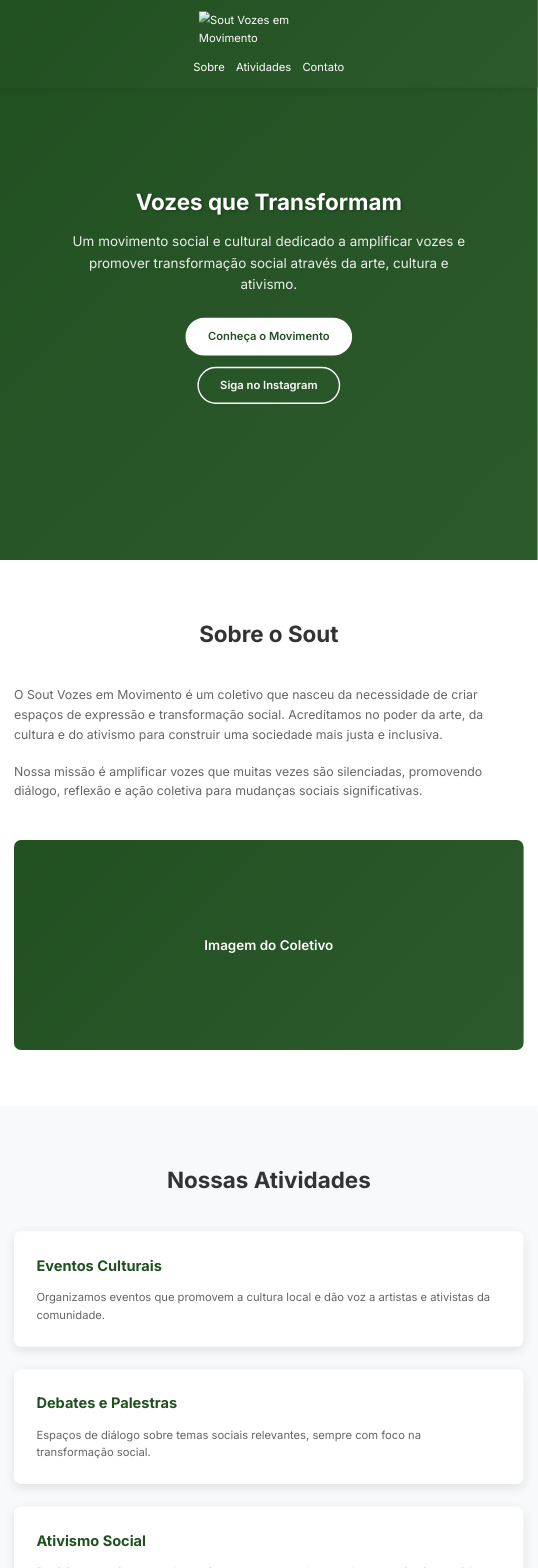
Repository: farukzahra/sout
Page: index.html
An editor plug-in stored every save of this project. The page is shown before and after the next save, followed by the edit.
The browser window is 768 px wide. The pictures show the part of the page from y = 0 to 2240 px (the page is 3346 px tall), at 70% of full size.

Above is the page before, as saved 2025-10-02 12:57:30.
Not found: logo.png

After the next save:
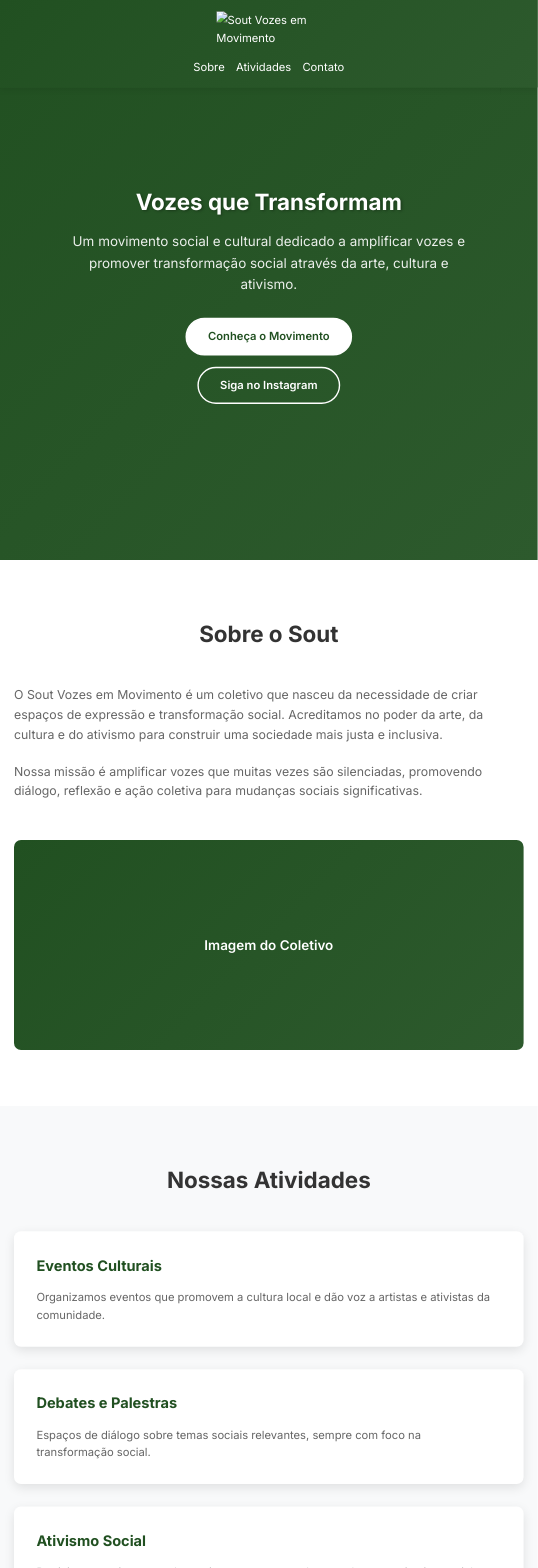
Saved 6 s later.
--- a/style.css
+++ b/style.css
@@ -307,6 +307,11 @@ body {
         gap: 1rem;
     }
 
+    .logo-img {
+        height: 40px;
+        max-width: 150px;
+    }
+
     .hero-content h2 {
         font-size: 2rem;
     }
